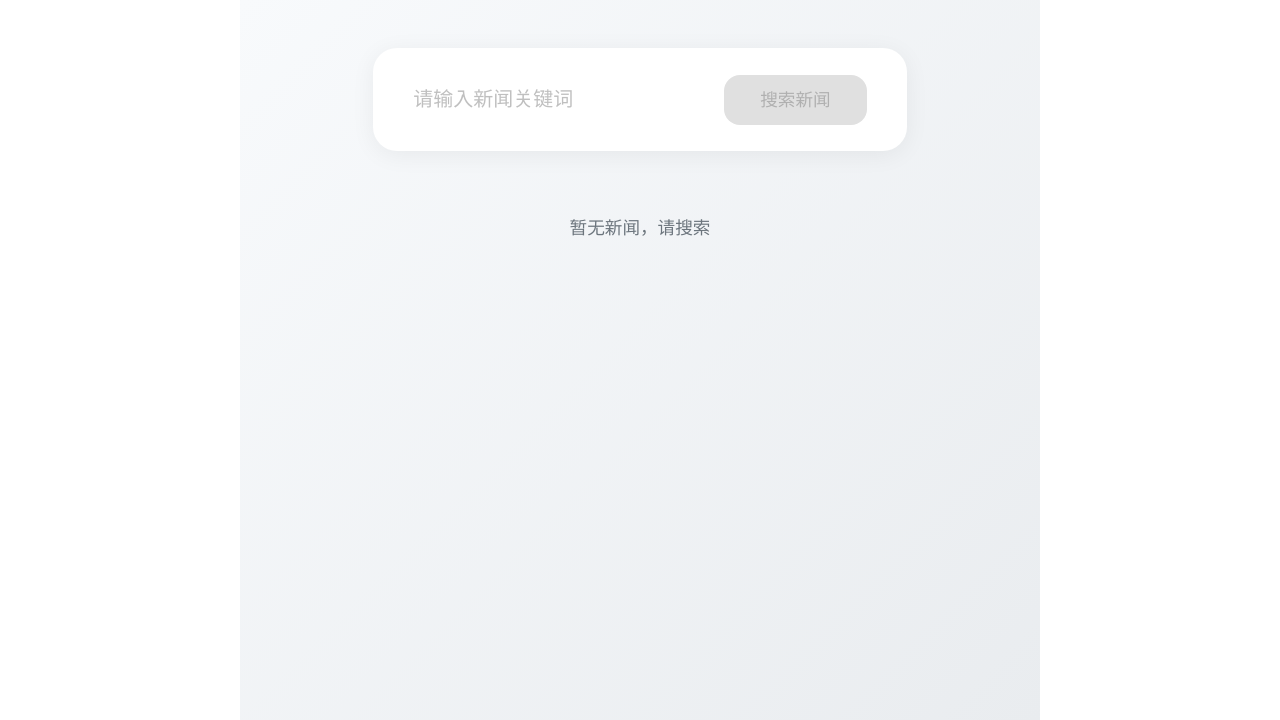
Repository: XJN7197/NewsAssistantBaseMCP
Page: / (app in frontend/)
The author's editor kept a copy of each file at every save. The page is drawn from the files as they stood at one save, then again after the next save.
The browser window is 1280 px wide. The pictures show the whole page.
The project was rebuilt for these pictures with package versions that can differ from the ones it lists, and the page was loaded fresh each time. Also part of the build but not shown: frontend/vite.config.ts.

Above is the page before, as saved 2025-05-23 10:42:40.

After the next save:
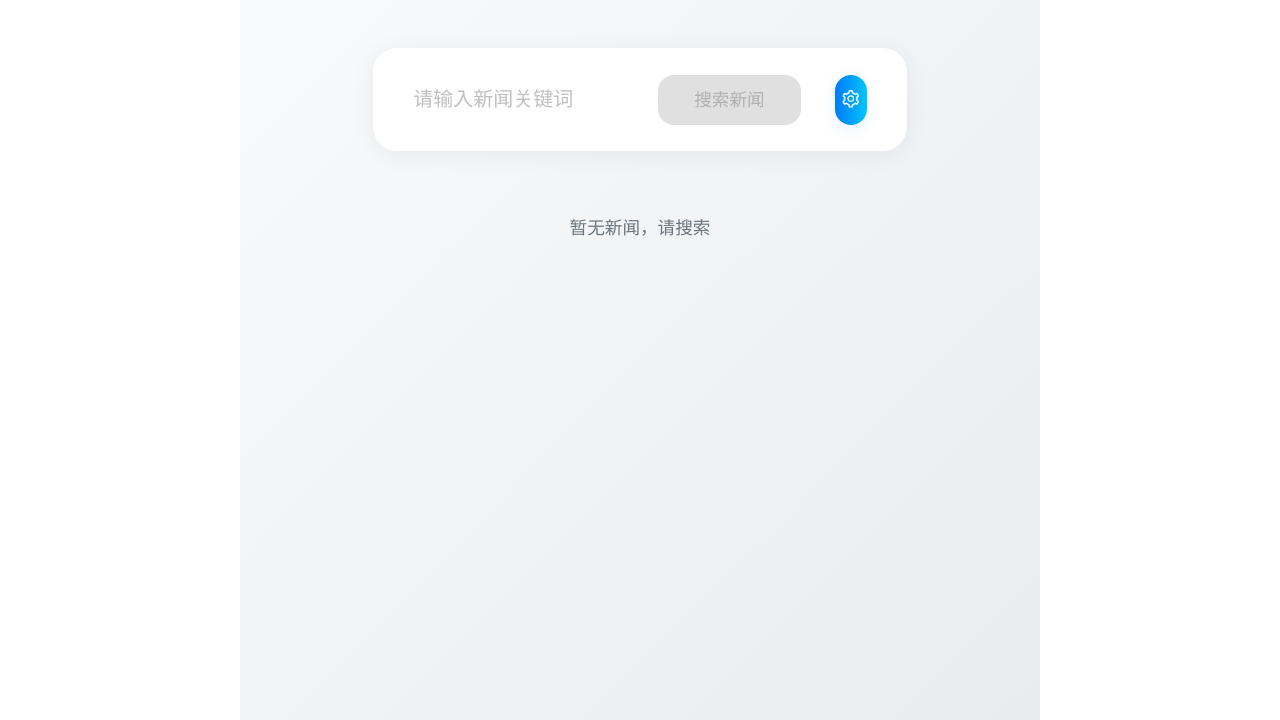
Saved 69 min 57 s later.
--- a/frontend/src/pages/Home.tsx
+++ b/frontend/src/pages/Home.tsx
@@ -1,11 +1,12 @@
-import React, { useState } from 'react';
-import { List, Checkbox, Button as AntButton, Input, Spin, Modal, Typography, Dropdown } from 'antd'; // Ant Design 组件导入
+import React, { useState, useEffect } from 'react';
+import { List, Checkbox, Button as AntButton, Input, Spin, Modal, Typography, Dropdown, Form, message } from 'antd'; // Ant Design 组件导入
 import 'antd/dist/reset.css'; // 导入 Ant Design 样式
 import ReactMarkdown from 'react-markdown';
 import remarkGfm from 'remark-gfm';
 import styles from './Home.module.css'
 import { mockNewsData } from '../mock/newsData'
 import { mockReportData } from '../mock/reportData'
+import { SettingOutlined } from '@ant-design/icons'; // 导入设置图标
 
 // 假设你有这些组件，后续可单独实现
 // import NewsSearch from '../components/NewsSearch'
@@ -14,6 +15,7 @@ import { mockReportData } from '../mock/reportData'
 // import ReportModal from '../components/ReportModal'
 
 const { Title, Text, Link } = Typography;
+const { Item } = Form;
 
 const Home: React.FC = () => {
   // 搜索关键词
@@ -28,6 +30,14 @@ const Home: React.FC = () => {
   const [report, setReport] = useState<string | null>(null)
   // 控制报告弹窗显示
   const [showReport, setShowReport] = useState(false)
+  // 控制设置弹窗显示
+  const [showSettings, setShowSettings] = useState(false);
+  // 配置数据
+  const [config, setConfig] = useState<any>({});
+  // 配置表单实例
+  const [configForm] = Form.useForm();
+  // 配置加载状态
+  const [configLoading, setConfigLoading] = useState(false);
 
   // 下载报告处理函数
   const handleDownload = () => {
@@ -156,6 +166,72 @@ const Home: React.FC = () => {
   }
 
 
+
+  // 获取配置
+  const fetchConfig = async () => {
+    setConfigLoading(true);
+    try {
+      const response = await fetch('http://localhost:8000/config');
+      if (!response.ok) {
+        throw new Error(`HTTP error! status: ${response.status}`);
+      }
+      const data = await response.json();
+      if (data && data.config) {
+        setConfig(data.config);
+        configForm.setFieldsValue(data.config); // 设置表单初始值
+      } else if (data && data.error) {
+        message.error(`获取配置失败: ${data.error}`);
+      } else {
+        message.error('获取配置失败: 未知错误');
+      }
+    } catch (error) {
+      console.error("获取配置失败:", error);
+      message.error(`获取配置失败: ${error}`);
+    } finally {
+      setConfigLoading(false);
+    }
+  };
+
+  // 更新配置
+  const updateConfig = async (values: any) => {
+    setConfigLoading(true);
+    try {
+      const response = await fetch('http://localhost:8000/config', {
+        method: 'POST',
+        headers: {
+          'Content-Type': 'application/json',
+        },
+        body: JSON.stringify({ config: values }),
+      });
+
+      if (!response.ok) {
+        throw new Error(`HTTP error! status: ${response.status}`);
+      }
+
+      const data = await response.json();
+      if (data && data.status === '✅ .env 文件已更新') {
+        message.success('配置更新成功！');
+        setConfig(data.config); // 更新本地配置状态
+        setShowSettings(false); // 关闭弹窗
+      } else if (data && data.error) {
+        message.error(`更新配置失败: ${data.error}`);
+      } else {
+        message.error('更新配置失败: 未知错误');
+      }
+
+    } catch (error) {
+      console.error("更新配置失败:", error);
+      message.error(`更新配置失败: ${error}`);
+    } finally {
+      setConfigLoading(false);
+    }
+  };
+
+  // 处理设置按钮点击
+  const handleSettingsClick = () => {
+    setShowSettings(true);
+    fetchConfig(); // 打开弹窗时获取最新配置
+  };
 
   return (
     <div className={styles['home-container']}>
@@ -173,11 +249,16 @@ const Home: React.FC = () => {
           onClick={handleSearch}
           loading={loading}
           disabled={!keyword}
-          style={{ borderRadius: '16px', padding: '14px 36px', fontSize: '1.1rem', fontWeight: 500 }} // 保持原有部分样式
+          style={{ borderRadius: '16px', padding: '14px 36px', fontSize: '1.1rem', fontWeight: 500, marginRight: '10px' }} // 保持原有部分样式，并添加右边距
         >
           搜索新闻
         </AntButton>
-
+        {/* 新增设置按钮 */}
+        <AntButton
+          icon={<SettingOutlined />}
+          onClick={handleSettingsClick}
+          style={{ borderRadius: '16px', padding: '14px', fontSize: '1.1rem', fontWeight: 500 }}
+        />
       </div>
 
       {/* 新闻列表 - 使用 Ant Design List 组件 */}
